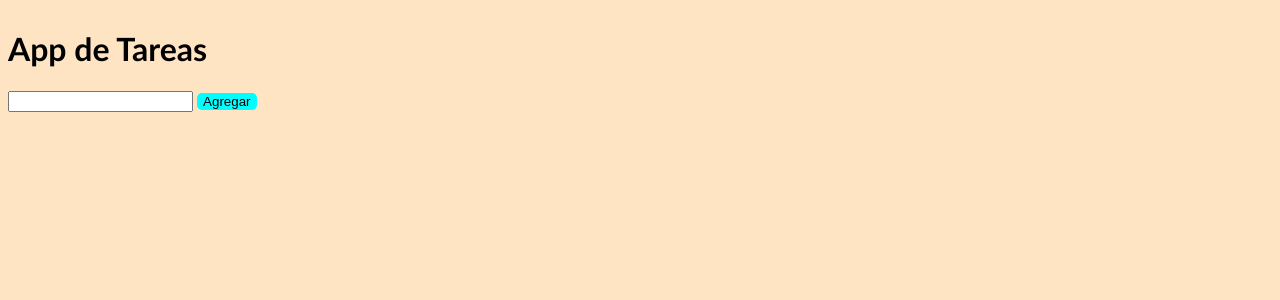
Repository: Kevin8548/Ejercicios-DOM
Page: todoapp/index.html
These files come from the project's save history. The page is drawn as it stood at one moment and after the next save; the edit follows.
The browser window is 1280 px wide. The pictures show the whole page.

Above is the page before, as saved 2024-10-09 13:56:48.

After the next save:
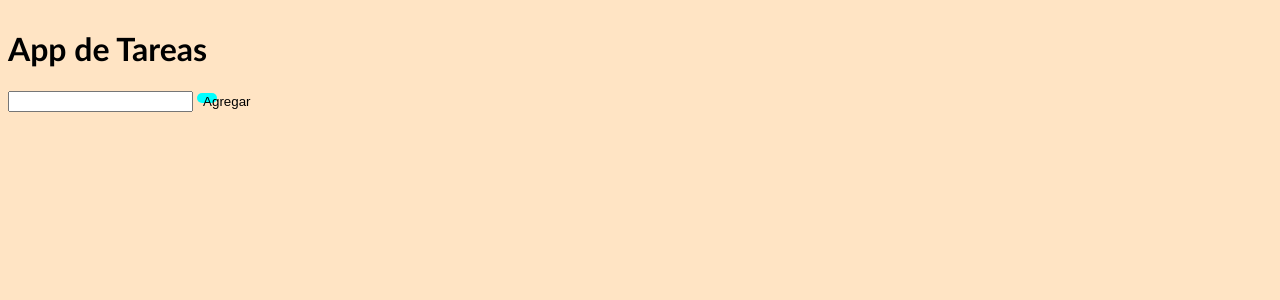
Saved 18 s later.
--- a/todoapp/style.css
+++ b/todoapp/style.css
@@ -36,5 +36,6 @@ button{
     background-color: aqua;
     border: 10px;
     border-radius: 5px;
-    size: 5px 5px;
+    width: 20px;
+    height: 10px;
 }
